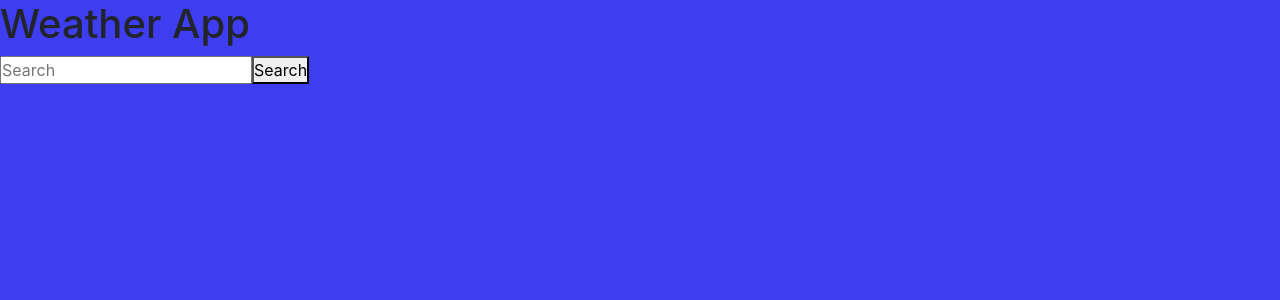
Repository: bhaveshtrades/weatherapp
Page: /
The author's editor kept a copy of each file at every save. The page is drawn from the files as they stood at one save, then again after the next save.
The browser window is 1280 px wide. The pictures show the whole page.
The project was rebuilt for these pictures with package versions that can differ from the ones it lists, and the page was loaded fresh each time. Also part of the build but not shown: src/components/CurrentWeather.jsx.

Above is the page before, as saved 2023-01-08 19:04:18.

After the next save:
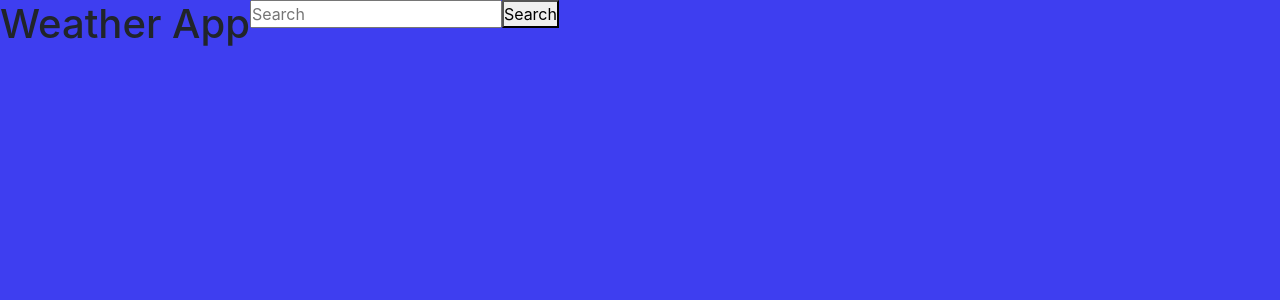
Saved 77 s later.
--- a/src/App.css
+++ b/src/App.css
@@ -5,6 +5,10 @@
 
 body{
   background-color: rgba(61, 61, 240, 0.993);
+}
+
+.nDiv1{
+  display: flex;
 }
 
 .cDiv1{
